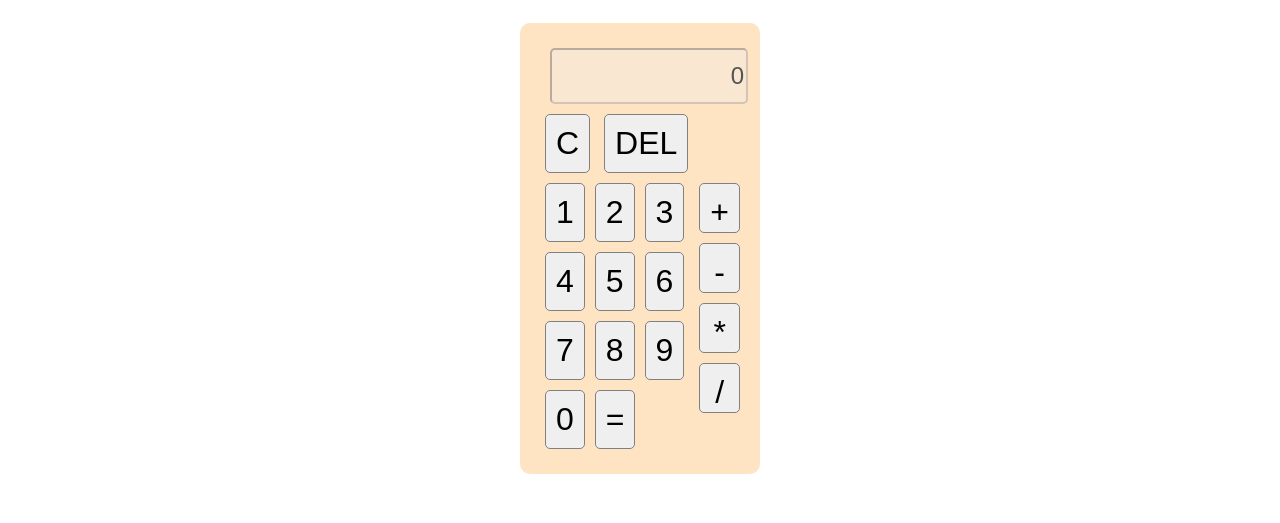
Repository: jaskeat/Calculator
Page: index.html
The author's editor kept a copy of each file at every save. The page is drawn from the files as they stood at one save, then again after the next save.
The browser window is 1280 px wide. The pictures show the whole page.

Above is the page before, as saved 2024-09-05 13:20:23.

### index.html
<!DOCTYPE html>
<html lang="en">
	<head>
		<meta charset="UTF-8" />
		<meta name="viewport" content="width=device-width, initial-scale=1.0" />
		<title>Calculator</title>
		<link rel="stylesheet" href="style.css" />
	</head>
	<body>
		<div class="calculator">
			<div class="display">
				<input type="text" class="display-input" value="0" disabled />
			</div>

			<div class="extrabtn">
				<button class="btn" onclick="clearDisplay()">C</button>
				<button class="btn" onclick="deleteLast()">DEL</button>
			</div>

			<div class="buttons">
				<div class="operators">
					<button class="btn" onclick="append('+')">+</button>
					<button class="btn" onclick="append('-')">-</button>
					<button class="btn" onclick="append('*')">*</button>
					<button class="btn" onclick="append('/')">/</button>
				</div>

				<div class="numbers">
					<button class="btn" onclick="append('1')">1</button>
					<button class="btn" onclick="append('2')">2</button>
					<button class="btn" onclick="append('3')">3</button>
					<button class="btn" onclick="append('4')">4</button>
					<button class="btn" onclick="append('5')">5</button>
					<button class="btn" onclick="append('6')">6</button>
					<button class="btn" onclick="append('7')">7</button>
					<button class="btn" onclick="append('8')">8</button>
					<button class="btn" onclick="append('9')">9</button>
					<button class="btn" onclick="append('0')">0</button>
					<button class="btn" onclick="calculate()">=</button>
				</div>
			</div>
		</div>
		<script src="script.js"></script>
	</body>
</html>

### style.css
body {
	display: flex;
	justify-content: center;
	align-items: center;
}

.calculator {
	width: 200px;
	max-width: 600px;
	height: auto;
	margin: 15px;
	padding: 20px;
	background-color: bisque;
	border-radius: 10px;
}

button {
	border-radius: 5px;
	border: 1px grey solid;
	font-size: 1.3rem;
}

button:hover {
	background-color: lightgrey;
	cursor: pointer;
}

input {
	width: 190px;
	height: 50px;
	font-size: 1.5rem;
	text-align: right;
	border-radius: 5px;
	margin: 5px 10px;
}

.operators {
	display: flex;
	flex-direction: column;
	width: auto;
}

.operators button {
	width: auto;
	height: 50px;
	margin: 5px 0;
}

.numbers {
	display: flex;
	flex-wrap: wrap;
	height: auto;
	width: 150px;
}

.buttons {
	display: flex;
	flex-direction: row-reverse;
	justify-content: space-between;
	font-size: 2rem;
}

.btn {
	font-size: 2rem;
	padding: 10px;
	margin: 5px;
}

Loaded but not shown: script.js (no copy from this time; the picture is the same without it)

After the next save:
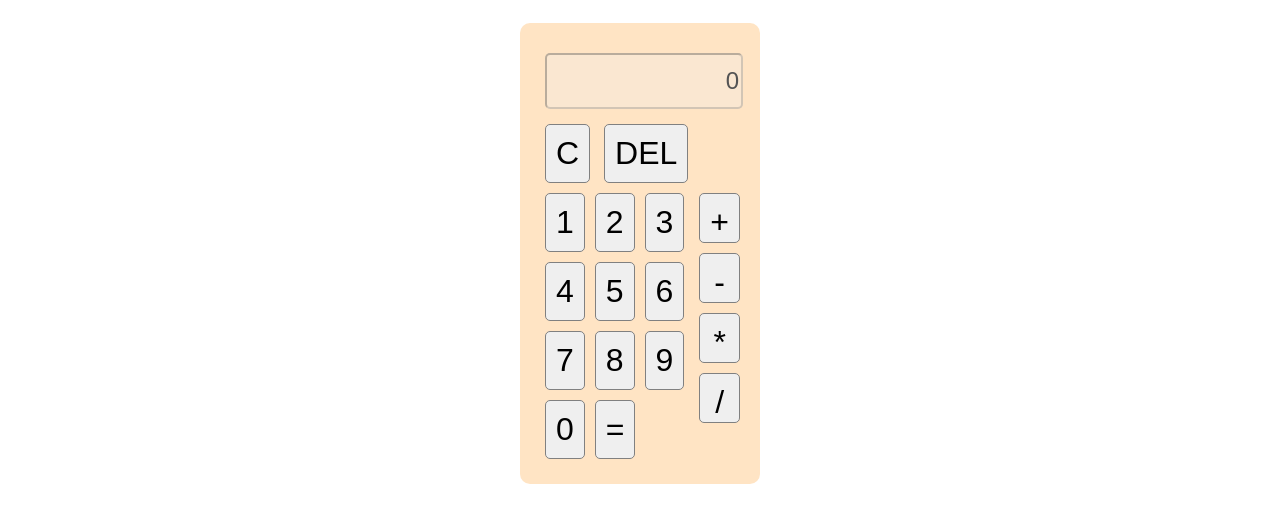
Saved 7 s later.
--- a/style.css
+++ b/style.css
@@ -31,7 +31,7 @@ input {
 	font-size: 1.5rem;
 	text-align: right;
 	border-radius: 5px;
-	margin: 5px 10px;
+	margin: 10px 5px;
 }
 
 .operators {
